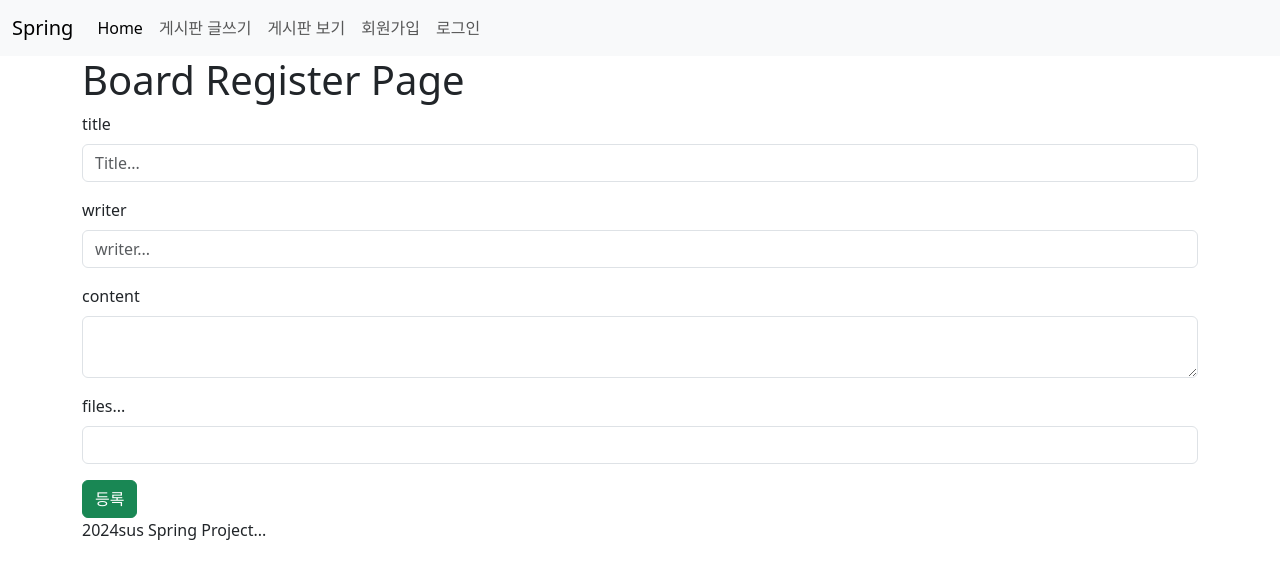
Repository: Ceciliaseon/springTest20240430
Page: http://localhost/spring_study/WEB-INF/views/board/register.jsp
The author's editor kept a copy of each file at every save. The page is drawn from the files as they stood at one save, then again after the next save.
The browser window is 1280 px wide. The pictures show the whole page.
The page is served by Tomcat 9. Nobody is signed in. The template is opened directly, without the code that normally fills it, so the values that code supplies are empty.

Above is the page before, as saved 2024-04-29 01:18:11.

### spring_study/src/main/webapp/WEB-INF/views/board/register.jsp
<%@ page language="java" contentType="text/html; charset=UTF-8"
    pageEncoding="UTF-8"%>
    <%@ taglib uri="http://java.sun.com/jsp/jstl/core" prefix="c"%>

<jsp:include page="../layout/header.jsp" />
<div class="container-md">
	<h1>Board Register Page</h1>
	<form action="/board/insert" method="post" enctype="multipart/form=data">
		<div class="mb-3">
		  <label for="t" class="form-label">title</label>
		  <input type="text" class="form-control" name="title" id="t" placeholder="Title...">
		</div>
		<div class="mb-3">
		  <label for="w" class="form-label">writer</label>
		  <input type="text" class="form-control" name="writer" value="${ses.id }" id="w" placeholder="writer...">
		</div>
		<div class="mb-3">
		  <label for="c" class="form-label">content</label>
		  <textarea class="form-control" id="c" name="content" aria-label="With textarea"></textarea>
		</div>

		<!-- file 입력라인 추가 -->
		<div class="mb-3">
		  <label for="file" class="form-label">files...</label>
		  <input type="text" class="form-control" name="writer" id="file">
		</div>
		<button type="submit" class="btn btn-success">등록</button>
	</form>
</div>
<jsp:include page="../layout/footer.jsp" />

### spring_study/src/main/webapp/WEB-INF/views/layout/header.jsp
<%@ page language="java" contentType="text/html; charset=UTF-8"
    pageEncoding="UTF-8"%>
    <%@ taglib uri="http://java.sun.com/jsp/jstl/core" prefix="c"%>
<!DOCTYPE html>
<html>
<head>
<meta charset="UTF-8">
<title>header.jsp</title>
<link href="https://cdn.jsdelivr.net/npm/bootstrap@5.3.3/dist/css/bootstrap.min.css" rel="stylesheet" integrity="sha384-QWTKZyjpPEjISv5WaRU9OFeRpok6YctnYmDr5pNlyT2bRjXh0JMhjY6hW+ALEwIH" crossorigin="anonymous">
<script src="https://cdn.jsdelivr.net/npm/bootstrap@5.3.3/dist/js/bootstrap.bundle.min.js" integrity="sha384-YvpcrYf0tY3lHB60NNkmXc5s9fDVZLESaAA55NDzOxhy9GkcIdslK1eN7N6jIeHz" crossorigin="anonymous"></script>
</head>
<body>

<nav class="navbar navbar-expand-lg bg-body-tertiary">
  <div class="container-fluid">
    <a class="navbar-brand" href="#">Spring</a>
    <button class="navbar-toggler" type="button" data-bs-toggle="collapse" data-bs-target="#navbarSupportedContent" aria-controls="navbarSupportedContent" aria-expanded="false" aria-label="Toggle navigation">
      <span class="navbar-toggler-icon"></span>
    </button>
    <div class="collapse navbar-collapse" id="navbarSupportedContent">
      <ul class="navbar-nav me-auto mb-2 mb-lg-0">
        <li class="nav-item">
          <a class="nav-link active" aria-current="page" href="/">Home</a>
        </li>
        <li class="nav-item">
          <a class="nav-link" href="/board/register">게시판 글쓰기</a>
        </li>
        <li class="nav-item">
          <a class="nav-link" href="/board/list">게시판 보기</a>
        </li>
        <li class="nav-item">
          <a class="nav-link" href="/member/register">회원가입</a>
        </li>
        <c:if test="${ses.id eq null }">
	        <li class="nav-item">
	          <a class="nav-link" href="/member/login">로그인</a>
	        </li>
        </c:if>
        <c:if test="${ses.id ne null }">
	        <li class="nav-item">
	          <a class="nav-link" href="/member/logout">로그아웃</a>
	        </li>
	        <li class="nav-item">
	          <a class="nav-link" href="/member/modify">${ses.id } (${ses.email }) 정보수정</a>
	        </li>
        </c:if>
      </ul>
    </div>
  </div>
</nav>

### spring_study/src/main/webapp/WEB-INF/views/layout/footer.jsp
<%@ page language="java" contentType="text/html; charset=UTF-8"
    pageEncoding="UTF-8"%>

<div class="container-md">
	2024sus Spring Project...
</div>

</body>
</html>

After the next save:
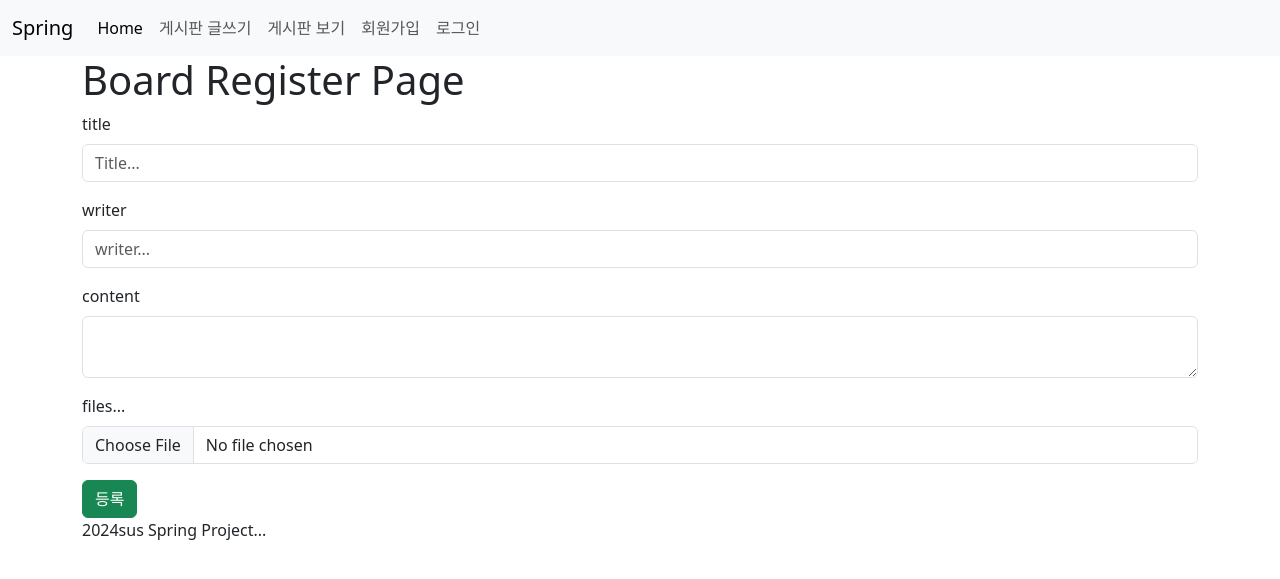
Saved 6 s later.
--- a/spring_study/src/main/webapp/WEB-INF/views/board/register.jsp
+++ b/spring_study/src/main/webapp/WEB-INF/views/board/register.jsp
@@ -22,7 +22,7 @@
 		<!-- file 입력라인 추가 -->
 		<div class="mb-3">
 		  <label for="file" class="form-label">files...</label>
-		  <input type="text" class="form-control" name="writer" id="file">
+		  <input type="file" class="form-control" name="writer" id="file">
 		</div>
 		<button type="submit" class="btn btn-success">등록</button>
 	</form>
